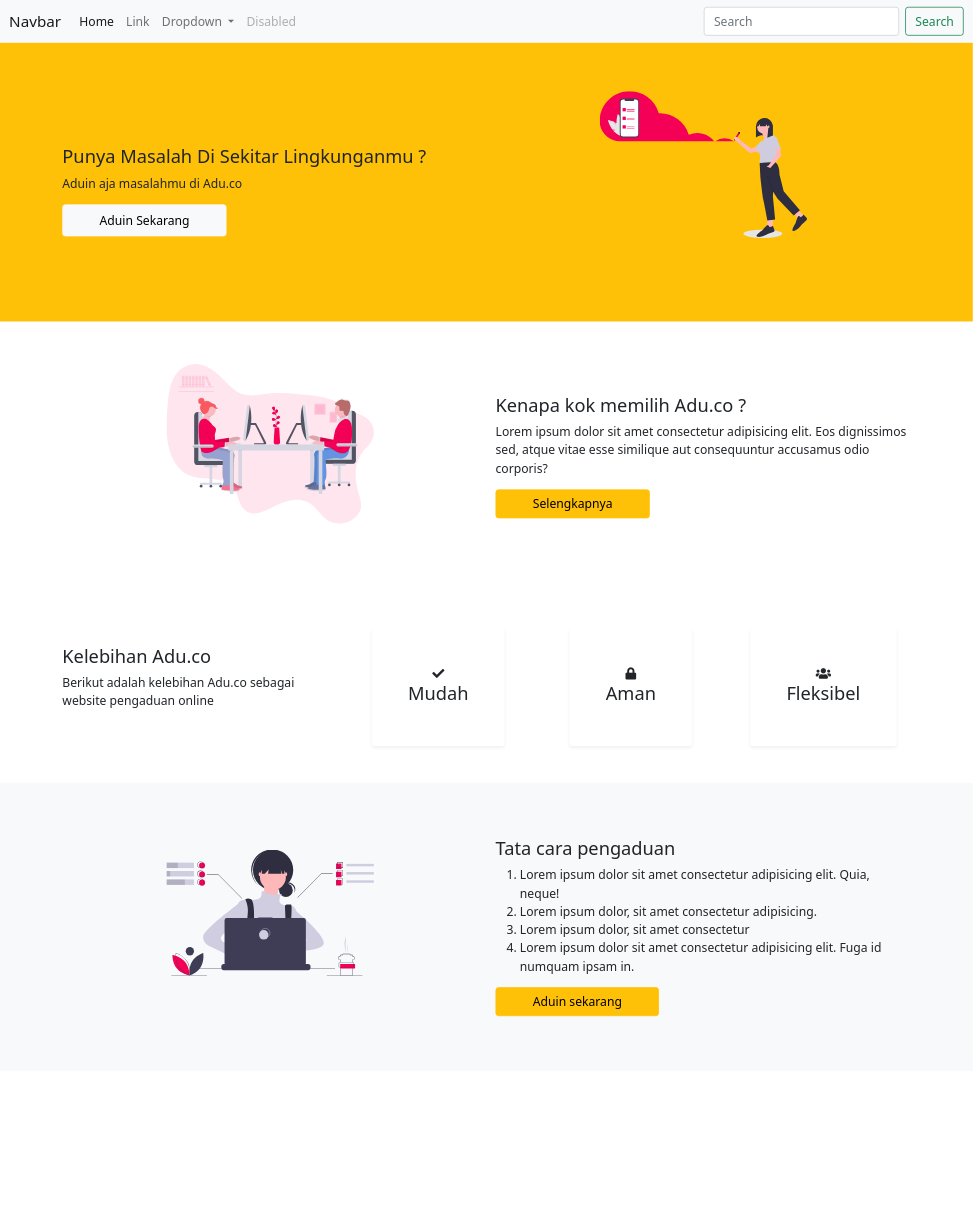
Repository: khulqu15/pengaduan2
Page: http://localhost/
The author's editor kept a copy of each file at every save. The page is drawn from the files as they stood at one save, then again after the next save.
The browser window is 1280 px wide. The pictures show the whole page, at 76% of full size.
Backgrounds fixed to the window are drawn as part of the page. The page is served by the project's Laravel application, run on PHP 8.4 with Laravel 8. Other server files are loaded and not shown.

Above is the page before, as saved 2021-02-23 20:53:34.

### routes/web.php
<?php

use App\Http\Controllers\UserController;
use Illuminate\Support\Facades\Route;

/*
|--------------------------------------------------------------------------
| Web Routes
|--------------------------------------------------------------------------
|
| Here is where you can register web routes for your application. These
| routes are loaded by the RouteServiceProvider within a group which
| contains the "web" middleware group. Now create something great!
|
*/

Route::get('/', function () {
    return view('welcome');
});

Route::get('login', [UserController::class, 'loginGet'])->name('loginView');
Route::post('login', [UserController::class, 'loginPost'])->name('loginLogic');
Route::get('register', [UserController::class, 'registerGet'])->name('registerView');
Route::post('register', [UserController::class, 'registerPost'])->name('registerLogic');

### resources/views/welcome.blade.php
@extends('layout.app')

@section('title', 'Home')

@section('content')
    <div class="container-fluid bg-warning py-5">
        <div class="container">
            <div class="row py-3">
                <div class="col-md-6 py-5">
                    <h4 class="mt-4">Punya Masalah Di Sekitar Lingkunganmu ?</h4>
                    <p>Aduin aja masalahmu di Adu.co</p>
                    <button class="btn btn-light px-5 py-2">Aduin Sekarang</button>
                </div>
                <div class="col-md-6 text-center">
                    <img src="{{ asset('img/illust/illust2.svg') }}" class="w-50" alt="">
                </div>
            </div>
        </div>
    </div>
    <div class="container py-5">
        <div class="row">
            <div class="col-md-6 text-center py-2">
                <img src="{{ asset('img/illust/illust1.svg') }}" class="w-50" alt="">
            </div>
            <div class="col-md-6 py-5">
                <h4>Kenapa kok memilih Adu.co ?</h4>
                <p>Lorem ipsum dolor sit amet consectetur adipisicing elit. Eos dignissimos sed, atque vitae esse similique aut consequuntur accusamus odio corporis?</p>
                <button class="btn btn-warning px-5">Selengkapnya</button>
            </div>
        </div>
    </div>
    <div class="container py-5">
        <div class="row">
            <div class="col-md-4 py-4">
                <h4>Kelebihan Adu.co</h4>
                <p>Berikut adalah kelebihan Adu.co sebagai website pengaduan online</p>
            </div>
            <div class="col-md-8">
                <div class="row">
                    <div class="col-md-4 text-center">
                        <div class="d-inline-block shadow-sm rounded-3 p-5">
                            <i class="fas fa-check"></i>
                            <h4>Mudah</h4>
                        </div>
                    </div>
                    <div class="col-md-4 text-center">
                        <div class="d-inline-block shadow-sm rounded-3 p-5">
                            <i class="fas fa-lock"></i>
                            <h4>Aman</h4>
                        </div>
                    </div>
                    <div class="col-md-4 text-center">
                        <div class="d-inline-block shadow-sm rounded-3 p-5">
                            <i class="fas fa-users"></i>
                            <h4>Fleksibel</h4>
                        </div>
                    </div>
                </div>
            </div>
        </div>
    </div>
    <div class="container-fluid bg-light py-5">
        <div class="container py-4">
            <div class="row">
                <div class="col-md-6 text-center py-3">
                    <img src="{{ asset('img/illust/illust3.svg') }}" class="w-50" alt="">
                </div>
                <div class="col-md-6">
                    <h4>Tata cara pengaduan</h4>
                    <ul style="list-style-type: decimal">
                        <li>Lorem ipsum dolor sit amet consectetur adipisicing elit. Quia, neque!</li>
                        <li>Lorem ipsum dolor, sit amet consectetur adipisicing.</li>
                        <li>Lorem ipsum dolor, sit amet consectetur</li>
                        <li>Lorem ipsum dolor sit amet consectetur adipisicing elit. Fuga id numquam ipsam in.</li>
                    </ul>
                    <button class="btn btn-warning px-5">Aduin sekarang</button>
                </div>
            </div>
        </div>
    </div>
    <div class="container-fluid image-footer-home">
        <div class="container py-5">
            <div class="row py-5">
                <div class="col-md-12"></div>
            </div>
        </div>
    </div>
@endsection

### resources/views/layout/app.blade.php
<!DOCTYPE html>
<html lang="en">
<head>
    <meta charset="UTF-8">
    <meta name="viewport" content="width=device-width, initial-scale=1.0">
    <meta http-equiv="X-UA-Compatible" content="ie=edge">
    <title>Pengaduan | @yield('title')</title>

    <link rel="stylesheet" href="{{ asset('css/bootstrap.min.css') }}">
    <link rel="stylesheet" href="{{ asset('css/all.min.css') }}">
    <link rel="stylesheet" href="{{ asset('css/fontawesome.min.css') }}">

    <script src="{{ asset('js/jquery-3.5.1.min.js') }}"></script>
    <script src="{{ asset('js/bootstrap.min.js') }}"></script>
    <script src="{{ asset('js/all.min.js') }}"></script>
    <script src="{{ asset('js/fontawesome.min.js') }}"></script>

    @yield('assets')

</head>
<body>
    <nav class="navbar navbar-expand-lg navbar-light bg-light">
        <div class="container-fluid">
          <a class="navbar-brand" href="#">Navbar</a>
          <button class="navbar-toggler" type="button" data-bs-toggle="collapse" data-bs-target="#navbarSupportedContent" aria-controls="navbarSupportedContent" aria-expanded="false" aria-label="Toggle navigation">
            <span class="navbar-toggler-icon"></span>
          </button>
          <div class="collapse navbar-collapse" id="navbarSupportedContent">
            <ul class="navbar-nav me-auto mb-2 mb-lg-0">
              <li class="nav-item">
                <a class="nav-link active" aria-current="page" href="#">Home</a>
              </li>
              <li class="nav-item">
                <a class="nav-link" href="#">Link</a>
              </li>
              <li class="nav-item dropdown">
                <a class="nav-link dropdown-toggle" href="#" id="navbarDropdown" role="button" data-bs-toggle="dropdown" aria-expanded="false">
                  Dropdown
                </a>
                <ul class="dropdown-menu" aria-labelledby="navbarDropdown">
                  <li><a class="dropdown-item" href="#">Action</a></li>
                  <li><a class="dropdown-item" href="#">Another action</a></li>
                  <li><hr class="dropdown-divider"></li>
                  <li><a class="dropdown-item" href="#">Something else here</a></li>
                </ul>
              </li>
              <li class="nav-item">
                <a class="nav-link disabled" href="#" tabindex="-1" aria-disabled="true">Disabled</a>
              </li>
            </ul>
            <form class="d-flex">
              <input class="form-control me-2" type="search" placeholder="Search" aria-label="Search">
              <button class="btn btn-outline-success" type="submit">Search</button>
            </form>
          </div>
        </div>
      </nav>

    @yield('content')
</body>
</html>

### public/css/style.css
body {
    overflow-x: hidden !important;
}
.viga {
    font-family: 'Viga', sans-serif;
}
.bgm-primary {
    background-color: #E62A2A !important;
}
.btnm-primary {
    border: none;
    border-radius: 0px !important;
    transition: all .3s ease-in-out;
    background-color: #E62A2A !important;
    padding: 1rem 2rem;
    color: white;
}
.text-right {
    text-align: right !important;
}
.cursor-point {
    cursor: pointer;
}
.btnm-primary:hover {
    color: white !important;
    background-color: #c01c1c !important;
}
.btnm-light {
    border: none;
    border-radius: 0px !important;
    transition: all .3s ease-in-out;
    background-color: #f2f2f2 !important;
    padding: 1rem 2rem;
    color: #292929;
}
.btnm-light:hover {
    color: #292929 !important;
    background-color: #c2c2c2 !important;
}
.textm-primary {
    color: #E62A2A !important;
}
.textm-gray {
    color: gray !important;
}

.input-search-home {
    width: 80%;
    position: absolute;
    left: 10%;
    height: 60px;
    box-shadow: 0px 20px 40px -6px rgba(0, 0, 0, 0.12);
    top: -50px;
    background-color: white;
}
.input-search-home input {
    height: 60px;
}
.input-search-home button,
.input-search-home a {
    position: relative;
    top: -10px;
}


.card-product {
    width: 100%;
    transition: all .3s ease-in-out;
    height: 370px;
    background-color: white;
}
.card-product:hover {
    box-shadow: 12px 24px 48px rgba(0, 0, 0, 0.09);
}
.card-product .image {
    width: 100%;
    height: 170px;
    background-color: #f36c6c;
    overflow: hidden;
}
.card-product .image img {
    transition: all .3s ease-in-out;
}
.card-product .image:hover img {
    transform: scale(1.1);
    opacity: .6;
}
.image-fit-card {
    width: 100%;
    height: 100%;
    object-fit: cover !important;
}
.card-product .line-category {
    display: inline-block;
    width: 20px;
    height: 3px;
    background-color: gray;
}

.bg-hammer-bottom {
    background: url('../img/wallpaper/hammer.png');
    background-attachment: fixed;
    background-position: center;
    background-size: cover;
}

.input-email-footer {
    position: relative;
    width: 100%;
    height: 70px;
    box-shadow: 0px 19px 38px rgba(0, 0, 0, 0.12);
    background-color: white;
}
.input-email-footer input {
    height: 70px;
    width: 100%;
}
.input-email-footer button {
    position: relative;
    top: -8px
}

.menu-footer {
    color: rgba(255, 255, 255, .5);
}
.menu-footer:hover {
    color: rgba(255, 255, 255, 1);
    cursor: pointer;
    transition: all .4s ease-in-out;
}
.menu-footer .icon {
    position: absolute;
    right: -50px;
    opacity: 0;
    transition: all .2s ease-in-out;
    visibility: hidden;
}
.menu-footer:hover .icon {
    position: relative;
    opacity: 1;
    right: 0;
    visibility: visible;
}
.menu-footer .menu-title {
    transition: all .2s ease-in-out;
    position: relative;
    font-size: 3rem;
    right: -10px;
}
.menu-footer:hover .menu-title {
    position: relative;
    right: 0px;
}

.icons-footer svg {
    transition: all .2s ease-in-out;
    color: #c2c2c2;
    margin: 0px .8rem;
    font-size: 1.4rem;
}

.icons-footer svg:hover {
    cursor: pointer;
    color: #767676;
}

.navbar {
    transition: all .3s ease-in-out;
    z-index: 100;
}
.burger {
    margin: 10px 0px 0px 0px;
}
.burger div {
    width: 40px;
    height: 5px;
    margin: 7px 0px;
    background-color: #767676;
}
.image-footer-home {
    background-image: url('../img/wallpaper/1.jpg');
    background-size: cover;
    background-attachment: fixed;
}

Loaded but not shown: public/css/bootstrap.min.css (library); public/css/all.min.css (library); public/css/fontawesome.min.css (library); public/js/jquery-3.5.1.min.js (library); public/js/bootstrap.min.js (library); public/js/fontawesome.min.js (library); public/img/illust/illust1.svg (1 lines, source omitted); public/img/illust/illust3.svg (1 lines, source omitted); public/img/illust/illust2.svg (1 lines, source omitted)

After the next save:
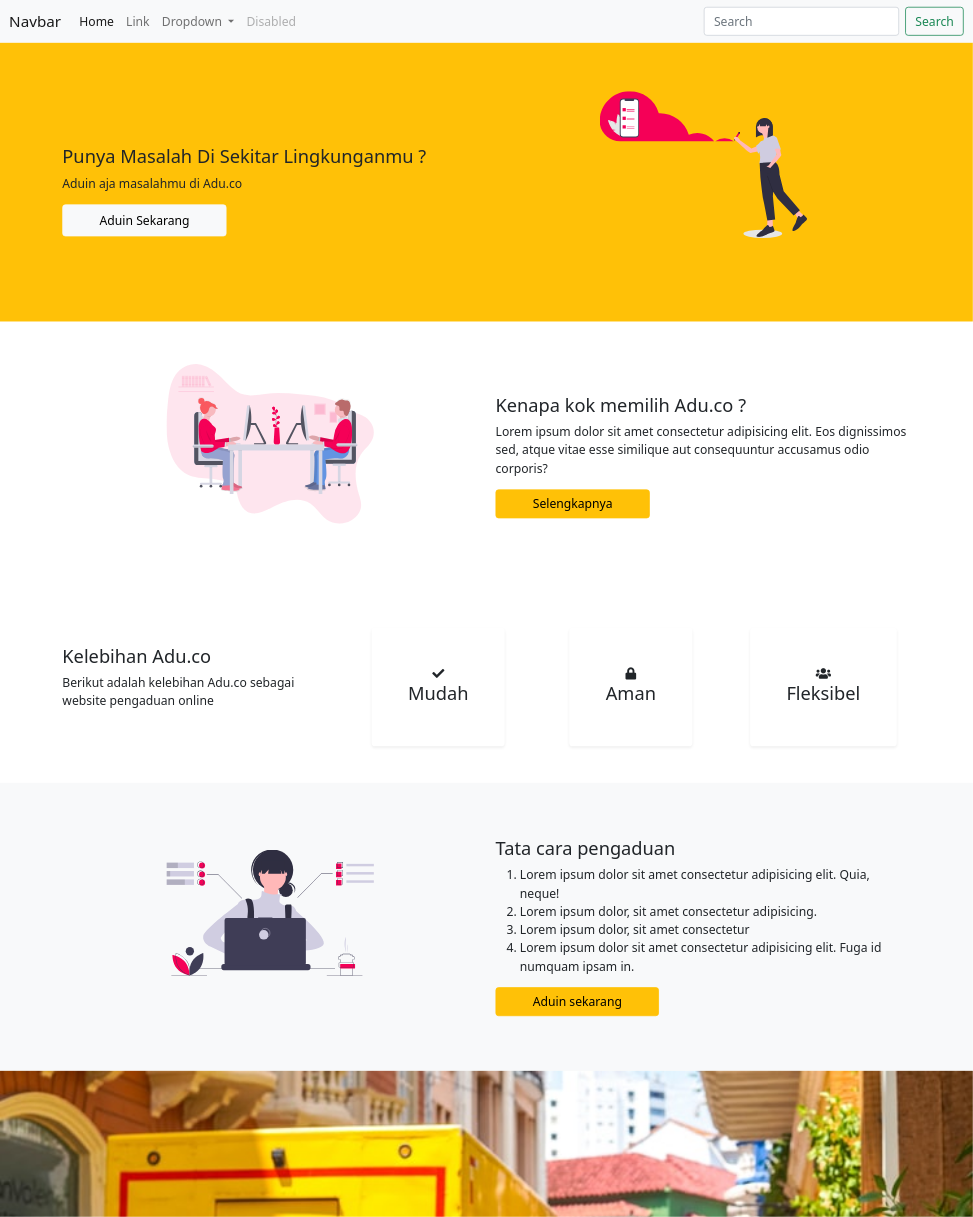
Saved 23 s later.
--- a/resources/views/layout/app.blade.php
+++ b/resources/views/layout/app.blade.php
@@ -9,6 +9,7 @@
     <link rel="stylesheet" href="{{ asset('css/bootstrap.min.css') }}">
     <link rel="stylesheet" href="{{ asset('css/all.min.css') }}">
     <link rel="stylesheet" href="{{ asset('css/fontawesome.min.css') }}">
+    <link rel="stylesheet" href="{{ asset('css/style.css') }}">
 
     <script src="{{ asset('js/jquery-3.5.1.min.js') }}"></script>
     <script src="{{ asset('js/bootstrap.min.js') }}"></script>

After the 2 saves that followed:
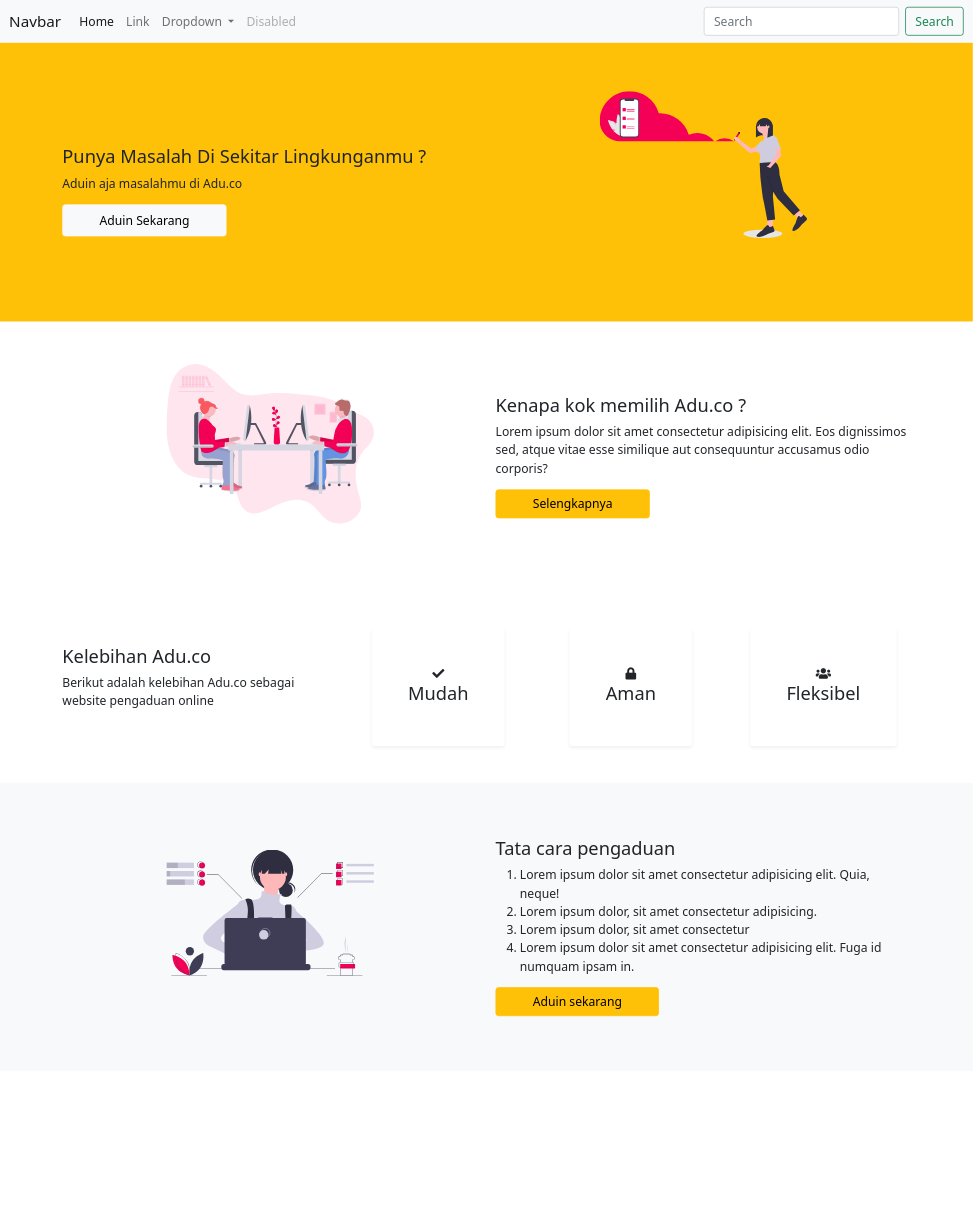
The 2 saves are shown as one change because 1 left the picture as it was.
The last was saved 68 s later.
--- a/resources/views/welcome.blade.php
+++ b/resources/views/welcome.blade.php
@@ -79,7 +79,8 @@
         </div>
     </div>
     <div class="container-fluid image-footer-home">
-        <div class="container py-5">
+        <div class="overlay"></div>
+        <div class="container position-absolute py-5">
             <div class="row py-5">
                 <div class="col-md-12"></div>
             </div>
--- a/public/css/style.css
+++ b/public/css/style.css
@@ -181,4 +181,13 @@ body {
     background-image: url('../img/wallpaper/1.jpg');
     background-size: cover;
     background-attachment: fixed;
+    position: relative;
 }
+.image-footer-home .overlay {
+    background-color: rgba(0, 0, 0, 0.4);
+    position: absolute;
+    left: 0;
+    top: 0;
+    width: 100%;
+    height: 100%;
+}
